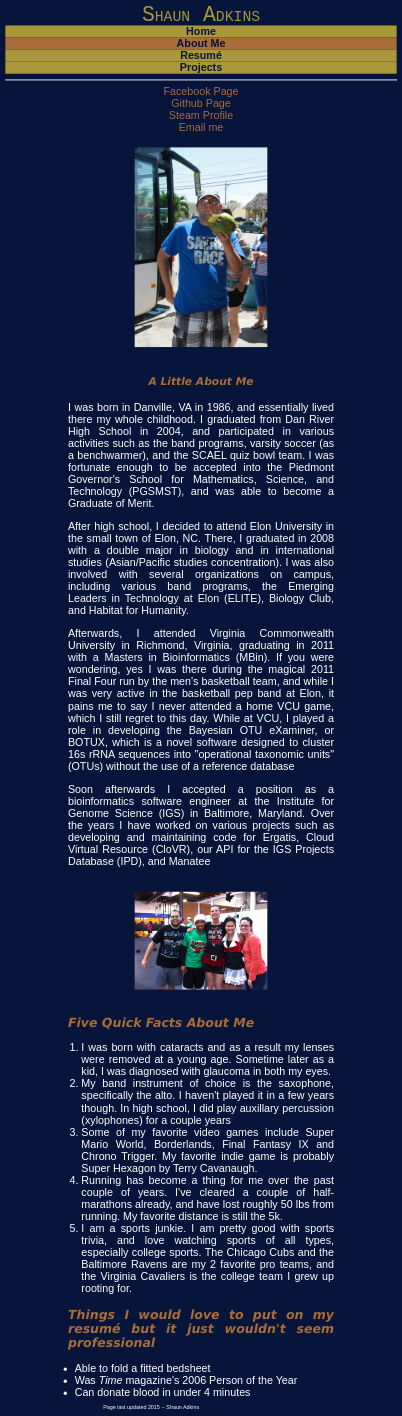
Repository: adkinsrs/sadkins_site
Page: html/about.html
The author's editor kept a record of every edit. The page is drawn from the files as they stood at one moment, then again after the next edit.
The browser window is 600 px wide. The pictures show the whole page, at 67% of full size.

Above is the page before.

After the next edit:
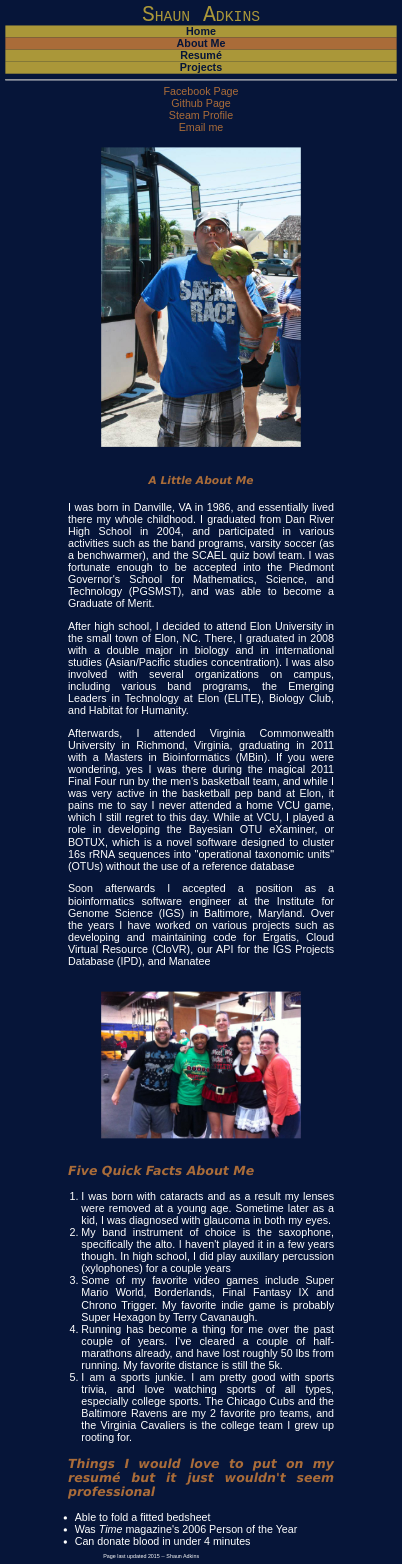
The edit:
--- a/css/main.css
+++ b/css/main.css
@@ -128,6 +128,9 @@
         text-align: center;
     }
 
+    img {
+        width: 75%;
+    }
 }
 
 
